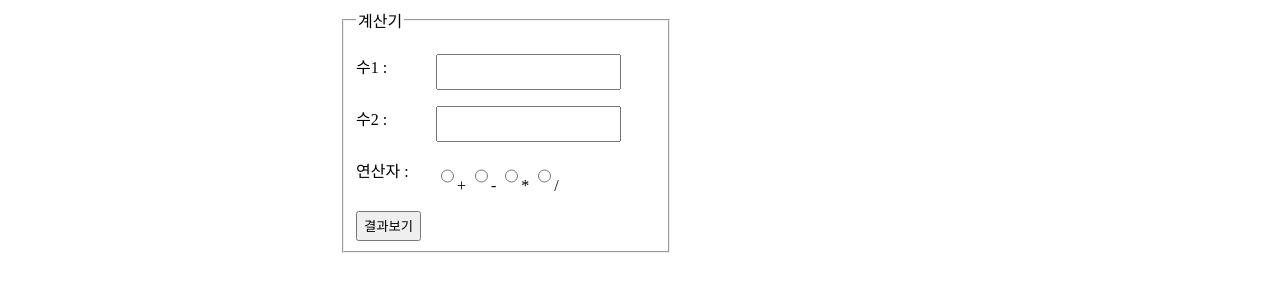
Repository: hocube/jspstudy
Page: 01_servlet/src/main/webapp/view/ex07.html
The author's editor kept a copy of each file at every save. The page is drawn from the files as they stood at one save, then again after the next save.
The browser window is 1280 px wide. The pictures show the whole page.

Above is the page before, as saved 2023-06-30 04:19:40.

### 01_servlet/src/main/webapp/view/ex07.html
<!DOCTYPE html>
<html>
<head>
<meta charset="UTF-8">
<title>계산기</title>
<style type="text/css">
	fieldset {
		width: 300px;
	}
	#mydiv{
		width: 600px;
		margin: auto;
	}
	label{
		width: 80px;
		height: 30px;
		float: left;
		linet-height: 40px;
	}
	input{
		height: 30px;
	}
</style>
</head>
<body>
	<div id = "mydiv">
		<form action= "/01_servlet/Ex07" method="get">
			<fieldset>
				<legend>계산기</legend>
				<p><label for = "s1">수1 : </label>
				<input type="number" name="s1" id="s1" required></p>
				<p><label for = "s2">수2 : </label>
				<input type="number" name="s2" id="s2" required></p>
				<p><label for = "op">연산자 : </label>
					<input type="radio" id = "op" value= "+">+
					<input type="radio" id = "op" value= "-">-
					<input type="radio" id = "op" value= "*">*
					<input type="radio" id = "op" value= "/">/
				</p>
				<input type="submit" value="결과보기">
			</fieldset>
		</form>
	</div>
</body>
</html>

After the next save:
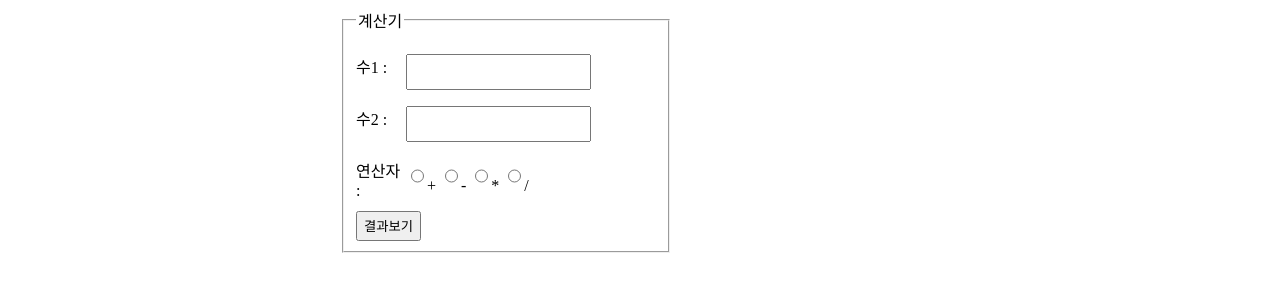
Saved 30 s later.
--- a/01_servlet/src/main/webapp/view/ex07.html
+++ b/01_servlet/src/main/webapp/view/ex07.html
@@ -12,10 +12,10 @@
 		margin: auto;
 	}
 	label{
-		width: 80px;
+		width: 50px;
 		height: 30px;
 		float: left;
-		linet-height: 40px;
+		linet-height: 30px;
 	}
 	input{
 		height: 30px;

After the save that followed:
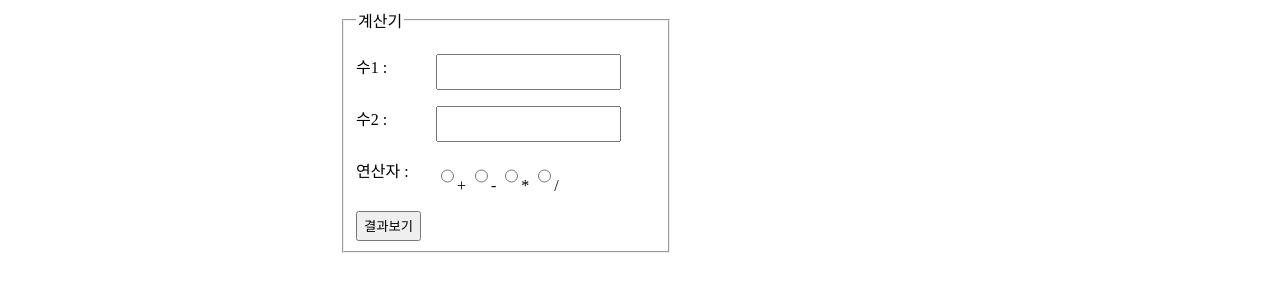
Saved 22 s later.
--- a/01_servlet/src/main/webapp/view/ex07.html
+++ b/01_servlet/src/main/webapp/view/ex07.html
@@ -12,7 +12,7 @@
 		margin: auto;
 	}
 	label{
-		width: 50px;
+		width: 80px;
 		height: 30px;
 		float: left;
 		linet-height: 30px;
